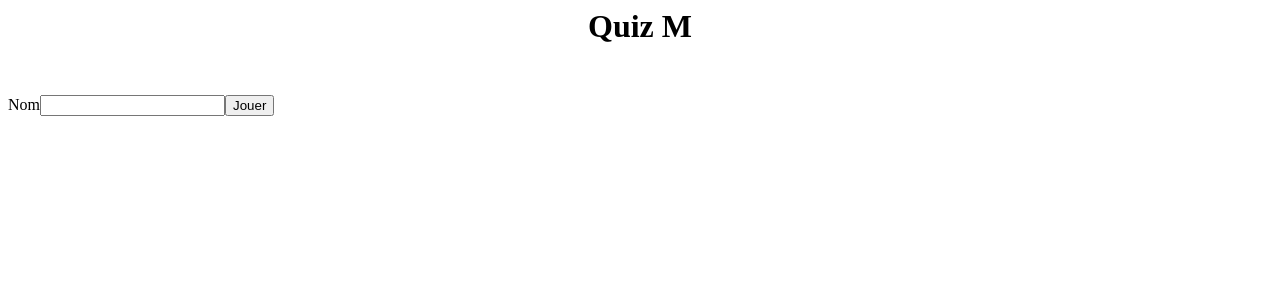
Repository: Serge-D/jeu_mj
Page: http://localhost/
These files come from the project's save history. The page is drawn as it stood at one moment and after the next save; the edit follows.
The browser window is 1280 px wide. The pictures show the whole page.
The page is served by the project's Node server (server.js).

Above is the page before, as saved 2020-02-06 12:33:53.

After the next save:
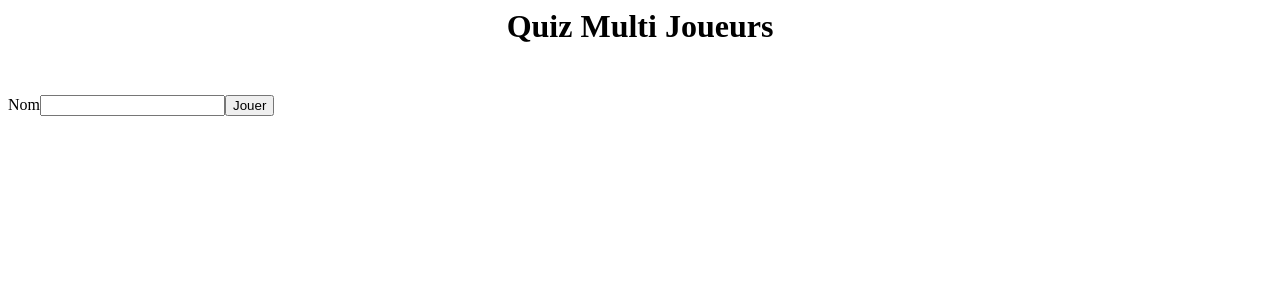
Saved 10 s later.
--- a/views/includes/head.pug
+++ b/views/includes/head.pug
@@ -4,4 +4,4 @@ head
   link(rel='stylesheet' href='/css/jeu.css')
   title Quiz Multi joueurs
 header
-  h1 Quiz M
+  h1 Quiz Multi Joueurs
